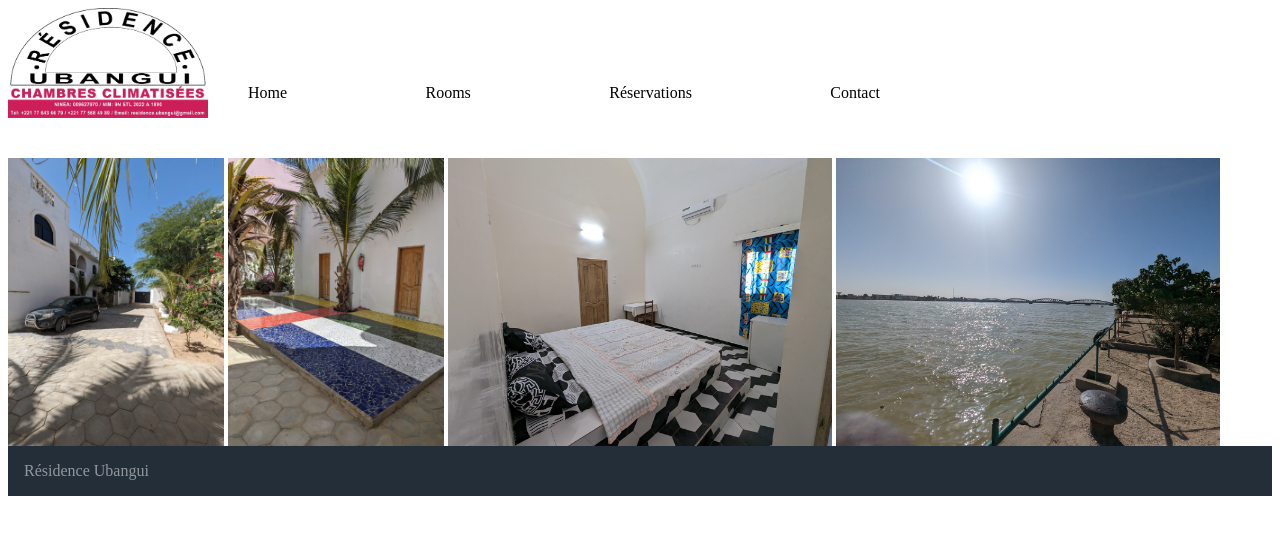
Repository: Nedjim/ubangui
Page: /home
These files come from the project's save history. The page is drawn as it stood at one moment and after the next save; the edit follows.
The browser window is 1280 px wide. The pictures show the whole page.
The project was rebuilt for these pictures with package versions that can differ from the ones it lists, and the page was loaded fresh each time. The framework's server and built-in components were replaced by stand-ins that run in the browser. Also part of the build but not shown: nuxt.config.ts, components/PageTitle.vue, components/Test.vue.

Above is the page before, as saved 2024-01-11 20:17:13.

After the next save:
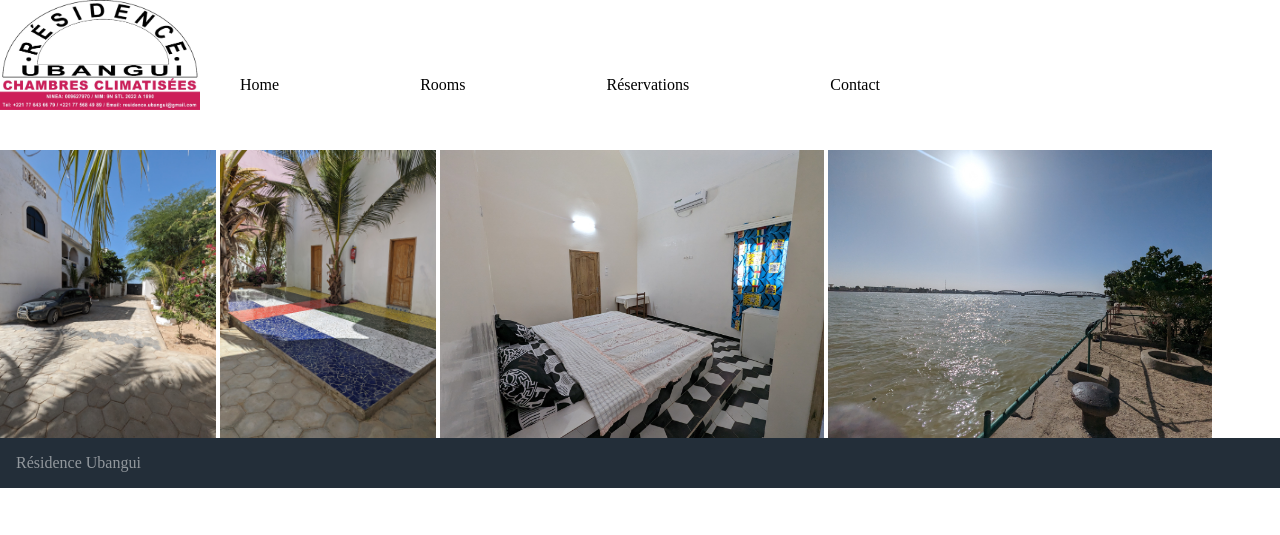
Saved 99 s later.
--- a/app.vue
+++ b/app.vue
@@ -15,3 +15,9 @@
     <Footer />
   </div>
 </template>
+
+<style>
+body {
+  margin: 0;
+}
+</style>
